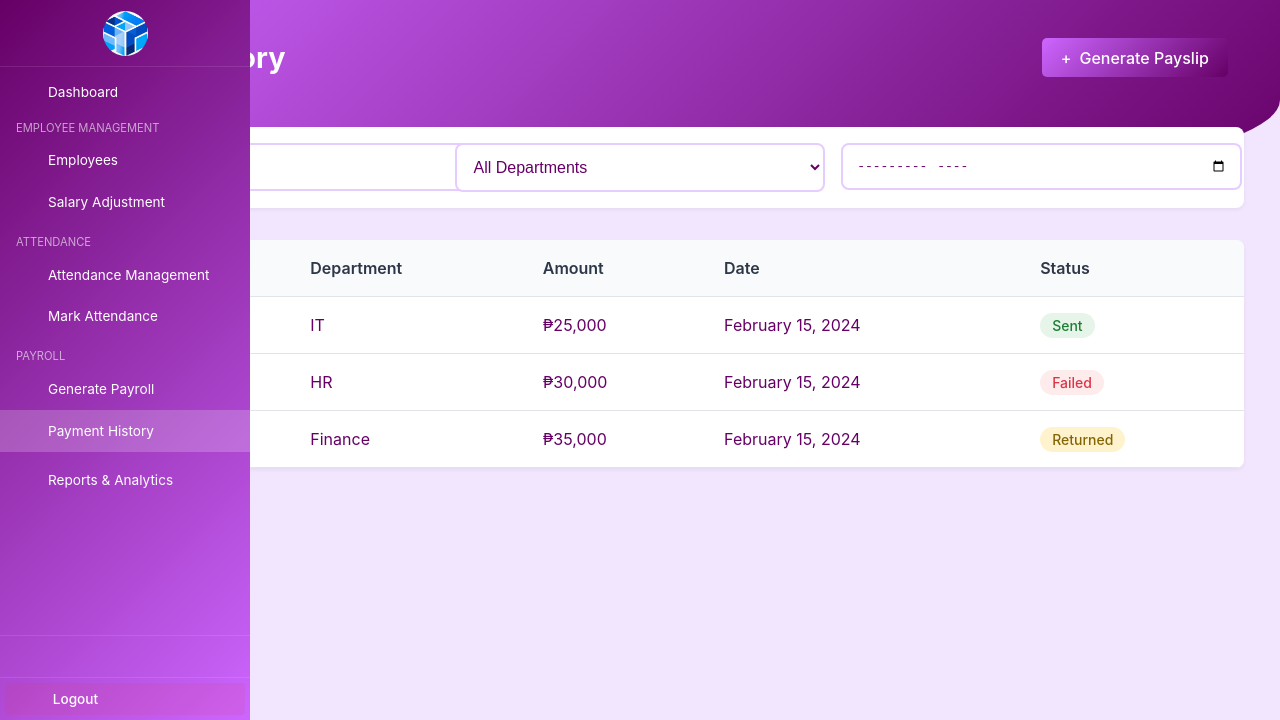
Repository: nino-pixel/payrolllatest
Page: /view_payment_history (app in web_vue/)
The author's editor kept a copy of each file at every save. The page is drawn from the files as they stood at one save, then again after a run of saves.
The browser window is 1280 px wide. The pictures show the whole page.
The project was rebuilt for these pictures with package versions that can differ from the ones it lists, and the page was loaded fresh each time. Also part of the build but not shown: web_vue/vite.config.js, web_vue/src/components/login_page.vue, web_vue/src/components/sign_up.vue, web_vue/src/components/dashboard.vue, web_vue/src/components/employee_management.vue, web_vue/src/components/attendance_management.vue, web_vue/src/components/generate_payroll.vue, web_vue/src/components/mark_attendance_manually.vue and 2 more.

Above is the page before, as saved 2024-12-20 09:21:50.

### web_vue/src/components/view_payment_history.vue
<template>
    <div class="payment-container">
      <div class="wave-bg"></div>

      <div class="content-wrapper">
        <!-- Header Section -->
        <div class="header-section">
          <h1>Payment History</h1>
          <button class="generate-btn" @click="openPayslipModal">
            <span>+</span> Generate Payslip
          </button>
        </div>

        <!-- Search and Filter Section -->
        <div class="search-section">
          <div class="search-box">
            <input
              type="text"
              v-model="searchQuery"
              placeholder="Search by name..."
              class="purple-input"
            >
          </div>
          <div class="filter-box">
            <select v-model="departmentFilter" class="purple-select">
              <option value="">All Departments</option>
              <option value="HR">HR</option>
              <option value="IT">IT</option>
              <option value="Finance">Finance</option>
              <option value="Marketing">Marketing</option>
            </select>
          </div>
          <div class="date-filter">
            <input
              type="month"
              v-model="dateFilter"
              class="purple-input"
            >
          </div>
        </div>

        <!-- Payment Table -->
        <div class="table-container">
          <table>
            <thead>
              <tr>
                <th>Name</th>
                <th>Department</th>
                <th>Amount</th>
                <th>Date</th>
                <th>Status</th>
              </tr>
            </thead>
            <tbody>
              <tr v-for="payment in filteredPayments" :key="payment.id">
                <td>{{ payment.name }}</td>
                <td>{{ payment.department }}</td>
                <td>₱{{ formatCurrency(payment.amount) }}</td>
                <td>{{ formatDate(payment.date) }}</td>
                <td>
                  <span
                    :class="['status', payment.status.toLowerCase()]"
                    @click="showDetails(payment)"
                    :style="{ cursor: isClickableStatus(payment.status) ? 'pointer' : 'default' }"
                  >
                    {{ payment.status }}
                  </span>
                </td>
              </tr>
            </tbody>
          </table>
        </div>
      </div>

      <!-- Payment Details Modal -->
      <div class="modal" v-if="showDetailsModal">
        <div class="modal-content">
          <h2>Payment Details</h2>
          <div class="payment-details">
            <div class="detail-row">
              <span class="label">Employee:</span>
              <span class="value">{{ selectedPayment.name }}</span>
            </div>
            <div class="detail-row">
              <span class="label">Amount:</span>
              <span class="value">₱{{ formatCurrency(selectedPayment.amount) }}</span>
            </div>
            <div class="detail-row">
              <span class="label">Date:</span>
              <span class="value">{{ formatDate(selectedPayment.date) }}</span>
            </div>
            <div class="detail-row">
              <span class="label">Status:</span>
              <span :class="['status', selectedPayment.status.toLowerCase()]">
                {{ selectedPayment.status }}
              </span>
            </div>
            <div class="summary-section">
              <h3>Summary</h3>
              <p>{{ selectedPayment.summary }}</p>
            </div>
            <div class="form-buttons">
              <button
                class="submit-btn"
                @click="resendPayment"
                v-if="isClickableStatus(selectedPayment.status)"
              >
                Resend Payment
              </button>
              <button class="cancel-btn" @click="closeDetailsModal">Cancel</button>
            </div>
          </div>
        </div>
      </div>

      <!-- Payslip Generation Modal -->
      <div class="modal" v-if="showPayslipModal">
        <div class="modal-content payslip-modal">
          <div class="modal-header">
            <h2>Generate Payslip</h2>
            <button class="close-btn" @click="closePayslipModal">&times;</button>
          </div>

          <!-- Employee Search -->
          <div class="form-group">
            <label>Employee Name</label>
            <input
              type="text"
              v-model="payslipName"
              @input="searchEmployee"
              placeholder="Enter employee name"
              class="purple-input"
            >
            <!-- Employee Suggestions -->
            <div class="suggestions" v-if="showSuggestions">
              <div
                v-for="emp in employeeSuggestions"
                :key="emp.id"
                class="suggestion-item"
                @click="selectEmployee(emp)"
              >
                {{ emp.name }} - {{ emp.department }}
              </div>
            </div>
          </div>

          <!-- Payslip Preview -->
          <div class="payslip-preview" v-if="selectedPayslipEmployee" ref="payslipContent">
            <div class="payslip-header">
              <div class="company-info">
                <h2>Company Name</h2>
                <p>123 Company Road, Manila, Philippines</p>
                <p>Phone: +63 123 456 7890, Email: hr@company.com</p>
              </div>
              <div class="payslip-title">
                <h1>PAYSLIP</h1>
              </div>
            </div>

            <div class="payslip-grid">
              <!-- Employee Info -->
              <div class="info-section">
                <h3>Employee Information</h3>
                <div class="info-row">
                  <span class="label">Name:</span>
                  <span class="value">{{ selectedPayslipEmployee.name }}</span>
                </div>
                <div class="info-row">
                  <span class="label">ID:</span>
                  <span class="value">{{ selectedPayslipEmployee.id }}</span>
                </div>
                <div class="info-row">
                  <span class="label">Department:</span>
                  <span class="value">{{ selectedPayslipEmployee.department }}</span>
                </div>
              </div>

              <!-- Payment Info -->
              <div class="info-section">
                <h3>Payment Information</h3>
                <div class="info-row">
                  <span class="label">Pay Period:</span>
                  <span class="value">{{ getCurrentPayPeriod() }}</span>
                </div>
                <div class="info-row">
                  <span class="label">Pay Date:</span>
                  <span class="value">{{ formatDate(new Date()) }}</span>
                </div>
              </div>
            </div>

            <!-- Earnings Section -->
            <div class="payslip-section">
              <h3>Earnings</h3>
              <table class="payslip-table">
                <thead>
                  <tr>
                    <th>Description</th>
                    <th>Amount</th>
                  </tr>
                </thead>
                <tbody>
                  <tr>
                    <td>Basic Salary</td>
                    <td>₱{{ formatCurrency(selectedPayslipEmployee.amount) }}</td>
                  </tr>
                  <!-- Add more earnings rows as needed -->
                </tbody>
                <tfoot>
                  <tr>
                    <td><strong>Gross Pay</strong></td>
                    <td><strong>₱{{ formatCurrency(selectedPayslipEmployee.amount) }}</strong></td>
                  </tr>
                </tfoot>
              </table>
            </div>

            <!-- Deductions Section -->
            <div class="payslip-section">
              <h3>Deductions</h3>
              <table class="payslip-table">
                <thead>
                  <tr>
                    <th>Description</th>
                    <th>Amount</th>
                  </tr>
                </thead>
                <tbody>
                  <tr>
                    <td>SSS</td>
                    <td>₱{{ formatCurrency(calculateSSS()) }}</td>
                  </tr>
                  <tr>
                    <td>PhilHealth</td>
                    <td>₱{{ formatCurrency(calculatePhilHealth()) }}</td>
                  </tr>
                  <tr>
                    <td>Pag-IBIG</td>
                    <td>₱{{ formatCurrency(calculatePagIbig()) }}</td>
                  </tr>
                  <tr>
                    <td>Withholding Tax</td>
                    <td>₱{{ formatCurrency(calculateTax()) }}</td>
                  </tr>
                </tbody>
                <tfoot>
                  <tr>
                    <td><strong>Total Deductions</strong></td>
                    <td><strong>₱{{ formatCurrency(totalDeductions) }}</strong></td>
                  </tr>
                </tfoot>
              </table>
            </div>

            <!-- Net Pay Section -->
            <div class="payslip-section net-pay">
  <table class="payslip-table">
    <tbody>
      <tr>
        <td><strong>NET PAY</strong></td>
        <td><strong>₱{{ formatCurrency(netPay) }}</strong></td>
      </tr>
    </tbody>
  </table>
</div>
</div>


          <!-- Action Buttons -->
          <div class="form-buttons">
            <button
              class="print-btn"
              @click="printPayslipToPDF"
              :disabled="!selectedPayslipEmployee"
            >
              <i class="fas fa-print"></i> Print PDF
            </button>
            <button class="cancel-btn" @click="closePayslipModal">Cancel</button>
          </div>
        </div>
      </div>
    </div>
  </template>
  <script>
  import html2pdf from 'html2pdf.js'

  export default {
    name: 'ViewPaymentHistory',
    data() {
      return {
        // Search and Filter
        searchQuery: '',
        departmentFilter: '',
        dateFilter: '',

        // Modals
        showDetailsModal: false,
        showPayslipModal: false,

        // Selected Items
        selectedPayment: null,
        selectedPayslipEmployee: null,

        // Payslip Generation
        payslipName: '',
        showSuggestions: false,
        employeeSuggestions: [],

        // Sample Data (Replace with API calls)
        payments: [
          {
            id: 1,
            name: 'John Doe',
            department: 'IT',
            position: 'Developer',
            amount: 25000,
            date: '2024-02-15',
            status: 'Sent',
            summary: ''
          },
          {
            id: 2,
            name: 'Jane Smith',
            department: 'HR',
            position: 'HR Manager',
            amount: 30000,
            date: '2024-02-15',
            status: 'Failed',
            summary: 'Transaction failed due to invalid bank account details.'
          },
          {
            id: 3,
            name: 'Mike Johnson',
            department: 'Finance',
            position: 'Accountant',
            amount: 35000,
            date: '2024-02-15',
            status: 'Returned',
            summary: 'Payment returned due to account restrictions.'
          }
        ]
      }
    },

    computed: {
      filteredPayments() {
        return this.payments.filter(payment => {
          const matchesName = payment.name.toLowerCase()
            .includes(this.searchQuery.toLowerCase())
          const matchesDepartment = !this.departmentFilter ||
            payment.department === this.departmentFilter
          const matchesDate = !this.dateFilter ||
            payment.date.startsWith(this.dateFilter)

          return matchesName && matchesDepartment && matchesDate
        })
      },

      totalDeductions() {
        if (!this.selectedPayslipEmployee) return 0
        return this.calculateSSS() +
               this.calculatePhilHealth() +
               this.calculatePagIbig() +
               this.calculateTax()
      },

      netPay() {
        if (!this.selectedPayslipEmployee) return 0
        return this.selectedPayslipEmployee.amount - this.totalDeductions
      }
    },

    methods: {
      // Formatting Methods
      formatCurrency(value) {
        return value.toLocaleString('en-PH')
      },

      formatDate(date) {
        return new Date(date).toLocaleDateString('en-PH', {
          year: 'numeric',
          month: 'long',
          day: 'numeric'
        })
      },

      getCurrentPayPeriod() {
        const date = new Date()
        return `${date.toLocaleString('default', { month: 'long' })} ${date.getFullYear()}`
      },

      // Status Methods
      isClickableStatus(status) {
        return ['Failed', 'Returned'].includes(status)
      },

      // Modal Methods
      showDetails(payment) {
        if (this.isClickableStatus(payment.status)) {
          this.selectedPayment = payment
          this.showDetailsModal = true
        }
      },

      closeDetailsModal() {
        this.showDetailsModal = false
        this.selectedPayment = null
      },

      // Payslip Methods
      openPayslipModal() {
        this.showPayslipModal = true
        this.payslipName = ''
        this.selectedPayslipEmployee = null
        this.showSuggestions = false
      },

      closePayslipModal() {
        this.showPayslipModal = false
        this.payslipName = ''
        this.selectedPayslipEmployee = null
      },

      searchEmployee() {
        if (this.payslipName.length < 2) {
          this.showSuggestions = false
          return
        }

        this.employeeSuggestions = this.payments
    .filter(emp => emp.name.toLowerCase().includes(this.payslipName.toLowerCase()))

  this.showSuggestions = this.employeeSuggestions.length > 0
      },

      selectEmployee(employee) {
        this.selectedPayslipEmployee = employee
        this.payslipName = employee.name
        this.showSuggestions = false
      },

      // Calculation Methods
      calculateSSS() {
        return this.selectedPayslipEmployee.amount * 0.045 // 4.5% of salary
      },

      calculatePhilHealth() {
        return this.selectedPayslipEmployee.amount * 0.03 // 3% of salary
      },

      calculatePagIbig() {
        return 100 // Fixed amount
      },

      calculateTax() {
        return this.selectedPayslipEmployee.amount * 0.15 // 15% of salary
      },

      // PDF Generation
      printPayslipToPDF() {
        const element = this.$refs.payslipContent
        const opt = {
          margin: 1,
          filename: `payslip_${this.selectedPayslipEmployee.name}_${new Date().toISOString().slice(0,10)}.pdf`,
          image: { type: 'jpeg', quality: 0.98 },
          html2canvas: { scale: 2 },
          jsPDF: { unit: 'in', format: 'letter', orientation: 'portrait' }
        }

        html2pdf().set(opt).from(element).save()
      },

      // Payment Actions
      resendPayment() {
        // Implement resend logic here
        alert('Payment resend initiated')
        this.closeDetailsModal()
      }
    }
  }
  </script>
  <style scoped>
  /* Base Container Styles */
  .payment-container {
    min-height: 100vh;
    width: 100%;
    padding: 0;
    margin: 0;
    background: #f2e6ff;
    position: relative;
    overflow-x: hidden;
  }

  .wave-bg {
    position: absolute;
    top: 0;
    left: 0;
    right: 0;
    width: 100%;
    height: 200px;
    background: linear-gradient(135deg, #cc66ff, #660066);
    border-radius: 0 0 50% 50%;
    z-index: 0;
  }

  .content-wrapper {
    position: relative;
    z-index: 1;
    width: 100%;
    min-height: 100vh;
    padding: 20px;
    box-sizing: border-box;
  }

  /* Header Styles */
  .header-section {
    display: flex;
    justify-content: space-between;
    align-items: center;
    padding: 1rem 2rem;
    margin-bottom: 2rem;
  }

  .header-section h1 {
    color: white;
    font-size: 1.8rem;
    margin: 0;
  }

  .suggestion-item{
    color: #660066;
  }
  /* Search and Filter Styles */
  .search-section {
    display: flex;
    gap: 1rem;
    padding: 1rem 2rem;
    background: white;
    margin: 0 1rem 2rem 1rem;
    border-radius: 8px;
    box-shadow: 0 2px 4px rgba(0,0,0,0.05);
  }

  .search-box,
  .filter-box,
  .date-filter {
    flex: 1;
    min-width: 200px;
  }

  .purple-input,
  .purple-select {
    width: 100%;
    padding: 0.8rem;
    border: 2px solid #e6ccff;
    border-radius: 8px;
    font-size: 1em;
    color: #660066;
    background-color: white;
    transition: all 0.3s ease;
  }

  .purple-input:focus,
  .purple-select:focus {
    border-color: #cc66ff;
    outline: none;
    box-shadow: 0 0 0 3px rgba(204, 102, 255, 0.2);
  }

  /* Table Styles */
  .table-container {
    background: white;
    border-radius: 8px;
    box-shadow: 0 2px 4px rgba(0,0,0,0.05);
    margin: 0 1rem;
    overflow-x: auto;
  }

  table {
    width: 100%;
    border-collapse: collapse;
  }

  th, td {
    padding: 1rem;
    text-align: left;
    border-bottom: 1px solid #e1e4e8;
    color: #660066;
  }

  th {
    background: #f8fafc;
    font-weight: 600;
    color: #2d3748;
  }

  /* Status Badge Styles */
  .status {
    padding: 0.25rem 0.75rem;
    border-radius: 15px;
    font-size: 0.875rem;
    font-weight: 500;
  }

  .status.sent {
    background: #e6f4ea;
    color: #1e7e34;
  }

  .status.failed {
    background: #feeced;
    color: #dc3545;
  }

  .status.returned {
    background: #fff3cd;
    color: #856404;
  }

  .status.pending {
    background: #e8eaed;
    color: #636363;
  }

  /* Modal Styles */
  .modal {
    position: fixed;
    top: 0;
    left: 0;
    right: 0;
    bottom: 0;
    background: rgba(0, 0, 0, 0.5);
    display: flex;
    justify-content: center;
    align-items: center;
    z-index: 1000;
  }

  .modal-content {
    background: white;
    padding: 2rem;
    border-radius: 10px;
    width: 500px;
    max-width: 90%;
    max-height: 90vh;
    overflow-y: auto;
  }

  /* Payslip Styles */
  .payslip-modal {
    width: 800px;
    max-width: 95%;
  }

  .payslip-preview {
    background: white;
    padding: 2rem;
    margin: 1rem 0;
    border: 1px solid #e1e4e8;
  }

  .payslip-header {
    text-align: center;
    margin-bottom: 2rem;
    padding-bottom: 1rem;
    border-bottom: 2px solid #660066;
    color:#660066;
  }

  .payslip-grid {
    display: grid;
    grid-template-columns: 1fr 1fr;
    gap: 2rem;
    margin-bottom: 2rem;
  }
  h3, h2, span.label, span.value, p{
    color:#660066
  }
  .info-section h3 {
    color: #660066;
    margin-bottom: 1rem;
  }

  .info-row {
    display: flex;
    margin-bottom: 0.5rem;
    color:#660066;
  }

  .info-row .label {
    font-weight: 500;
    width: 120px;
  }

  .payslip-section {
    margin-bottom: 2rem;
  }

  .payslip-table {
    width: 100%;
    border-collapse: collapse;
    margin-top: 0.5rem;
  }

  .payslip-table th,
  .payslip-table td {
    padding: 0.75rem;
    border: 1px solid #e1e4e8;
    color: #660066;
  }

  .net-pay {
    background: #f8fafc;
    padding: 1rem;
    border-radius: 8px;
  }

  /* Button Styles */
  .generate-btn,
  .print-btn {
    background: linear-gradient(135deg, #cc66ff, #660066);
    color: white;
    border: none;
    padding: 0.6rem 1.2rem;
    border-radius: 5px;
    cursor: pointer;
    display: flex;
    align-items: center;
    gap: 0.5rem;
    font-weight: 500;
    transition: all 0.3s ease;
  }

  .generate-btn:hover,
  .print-btn:hover {
    transform: translateY(-2px);
    box-shadow: 0 4px 8px rgba(102, 0, 102, 0.2);
  }

  .form-buttons {
    display: flex;
    gap: 1rem;
    margin-top: 1.5rem;
  }

  .submit-btn,
  .cancel-btn {
    padding: 0.6rem 1.2rem;
    border: none;
    border-radius: 5px;
    cursor: pointer;
    font-weight: 500;
    transition: all 0.2s ease;
  }

  .submit-btn {
    background: #6b2c91;
    color: white;
    flex: 2;
  }

  .cancel-btn {
    background: #dc3545;
    color: white;
    flex: 1;
  }

  /* Responsive Styles */
  @media (max-width: 768px) {
    .content-wrapper {
      padding: 10px;
    }

    .search-section {
      flex-direction: column;
      padding: 1rem;
    }

    .search-box,
    .filter-box,
    .date-filter {
      width: 100%;
      min-width: unset;
    }

    .payslip-grid {
      grid-template-columns: 1fr;
    }

    .header-section {
      flex-direction: column;
      gap: 1rem;
      text-align: center;
    }

    .generate-btn {
      width: 100%;
    }
  }
  </style>

Loaded but not shown: web_vue/src/router/index.js (111 lines, source omitted); web_vue/src/components/Sidebar.vue (261 lines, source omitted); web_vue/src/App.vue (88 lines, source omitted); web_vue/src/style.css (61 lines, source omitted); web_vue/src/main.js (34 lines, source omitted)

After the next 2 saves:
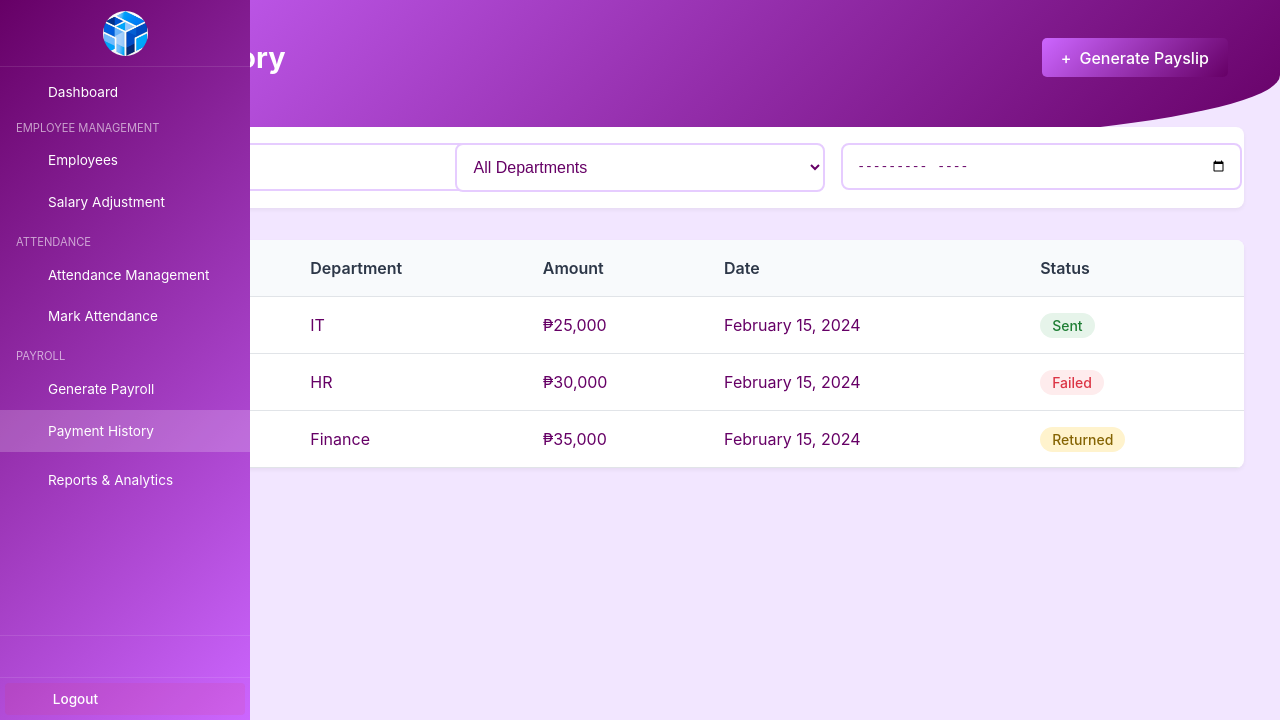
The 2 saves are shown as one change because they came seconds apart.
The last was saved 27 s later.
--- a/web_vue/src/components/view_payment_history.vue
+++ b/web_vue/src/components/view_payment_history.vue
@@ -491,17 +491,17 @@
     overflow-x: hidden;
   }
 
-  .wave-bg {
-    position: absolute;
-    top: 0;
-    left: 0;
-    right: 0;
-    width: 100%;
-    height: 200px;
-    background: linear-gradient(135deg, #cc66ff, #660066);
-    border-radius: 0 0 50% 50%;
-    z-index: 0;
-  }
+ .wave-bg {
+  position: absolute;
+  top: 0;
+  left: 0;
+  right: 0;
+  width: 100%;
+  height: 150px;
+  background: linear-gradient(135deg, #cc66ff, #660066);
+  border-radius: 0 0 50% 50%;
+  z-index: 0;
+}
 
   .content-wrapper {
     position: relative;

After the save that followed:
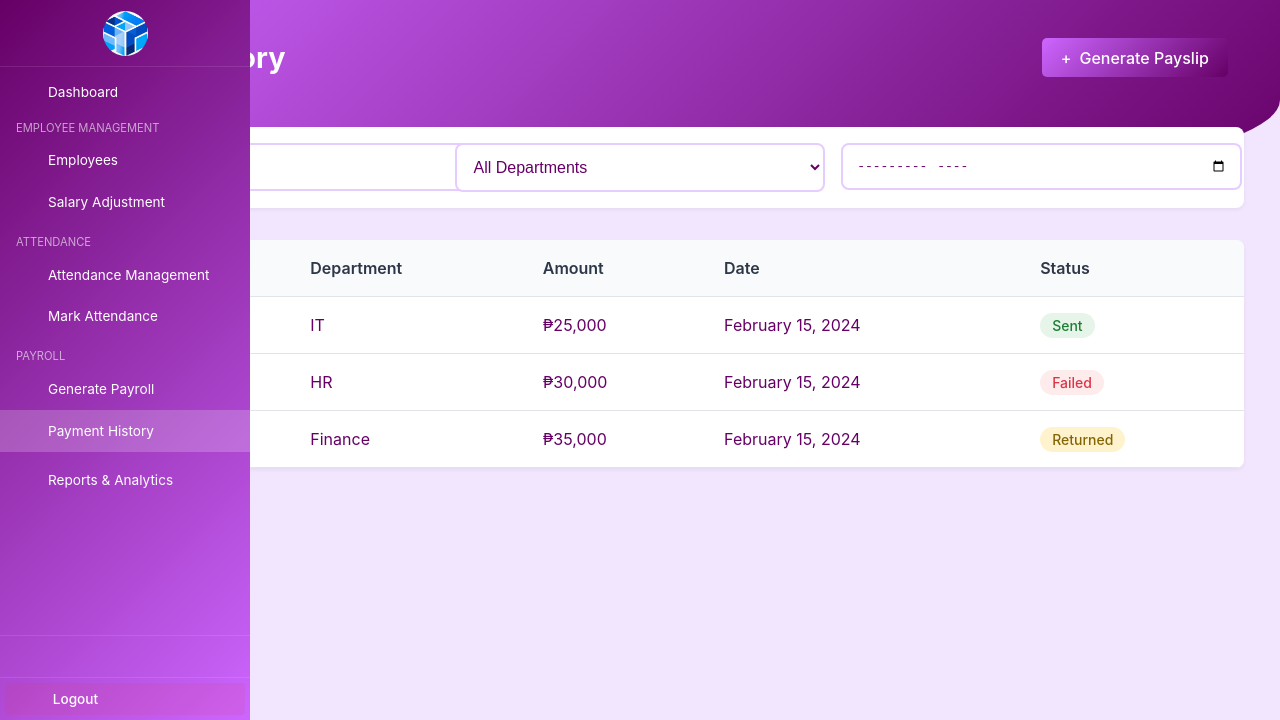
Saved 7 s later.
--- a/web_vue/src/components/view_payment_history.vue
+++ b/web_vue/src/components/view_payment_history.vue
@@ -491,17 +491,17 @@
     overflow-x: hidden;
   }
 
- .wave-bg {
-  position: absolute;
-  top: 0;
-  left: 0;
-  right: 0;
-  width: 100%;
-  height: 150px;
-  background: linear-gradient(135deg, #cc66ff, #660066);
-  border-radius: 0 0 50% 50%;
-  z-index: 0;
-}
+  .wave-bg {
+    position: absolute;
+    top: 0;
+    left: 0;
+    right: 0;
+    width: 100%;
+    height: 200px;
+    background: linear-gradient(135deg, #cc66ff, #660066);
+    border-radius: 0 0 50% 50%;
+    z-index: 0;
+  }
 
   .content-wrapper {
     position: relative;
